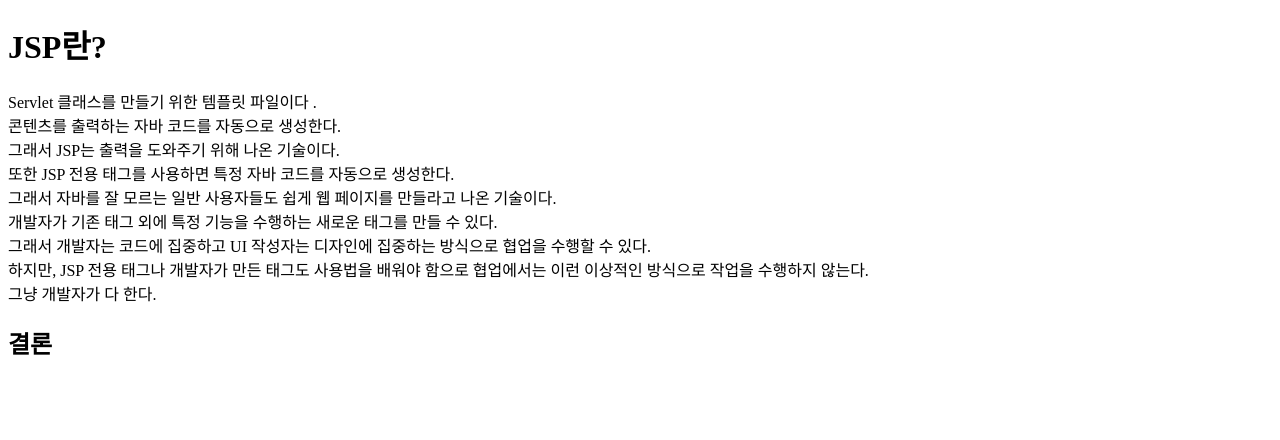
Repository: soso1525/bitcamp
Page: http://localhost/java-web/jsp_exams/ex1/test02.jsp
These files come from the project's save history. The page is drawn as it stood at one moment and after the next save; the edit follows.
The browser window is 1280 px wide. The pictures show the whole page.
The page is served by Tomcat 9. Nobody is signed in. The application's start-up code is not run. Other server files are loaded and not shown.

Above is the page before, as saved 2017-12-14 05:26:04.

### workspace/java-web/src/main/webapp/jsp_exams/ex1/test02.jsp
<%@ page language="java" contentType="text/html; charset=UTF-8"
    pageEncoding="UTF-8"%>
<!DOCTYPE html>
<html>
<head>
<meta charset="UTF-8">
<title>ex1/test01</title>
</head>
<body>
<h1>JSP란?</h1>
<p>
Servlet 클래스를 만들기 위한 템플릿 파일이다 . <br>
콘텐츠를 출력하는 자바 코드를 자동으로 생성한다. <br>
그래서 JSP는 출력을 도와주기 위해 나온 기술이다. <br>
또한 JSP 전용 태그를 사용하면 특정 자바 코드를 자동으로 생성한다. <br>
그래서 자바를 잘 모르는 일반 사용자들도 쉽게 웹 페이지를 만들라고 나온 기술이다. <br>
개발자가 기존 태그 외에 특정 기능을 수행하는 새로운 태그를 만들 수 있다. <br>
그래서 개발자는 코드에 집중하고 UI 작성자는 디자인에 집중하는 방식으로 협업을 수행할 수 있다. <br>
하지만, JSP 전용 태그나 개발자가 만든 태그도 사용법을 배워야 함으로  협업에서는 이런 이상적인 방식으로 작업을 수행하지 않는다. <br>
그냥 개발자가 다 한다. <br>
</p>

<h2>결론</h2>

</body>
</html>

After the next save:
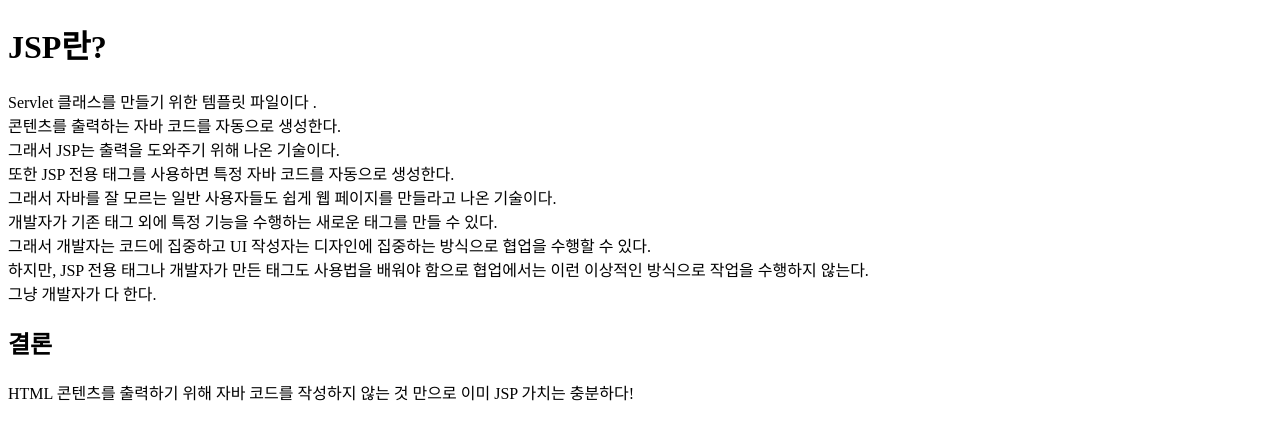
Saved 29 s later.
--- a/workspace/java-web/src/main/webapp/jsp_exams/ex1/test02.jsp
+++ b/workspace/java-web/src/main/webapp/jsp_exams/ex1/test02.jsp
@@ -21,6 +21,6 @@
 </p>
 
 <h2>결론</h2>
-
+<p>HTML 콘텐츠를 출력하기 위해 자바 코드를 작성하지 않는 것 만으로 이미 JSP 가치는 충분하다!</p>
 </body>
 </html>
